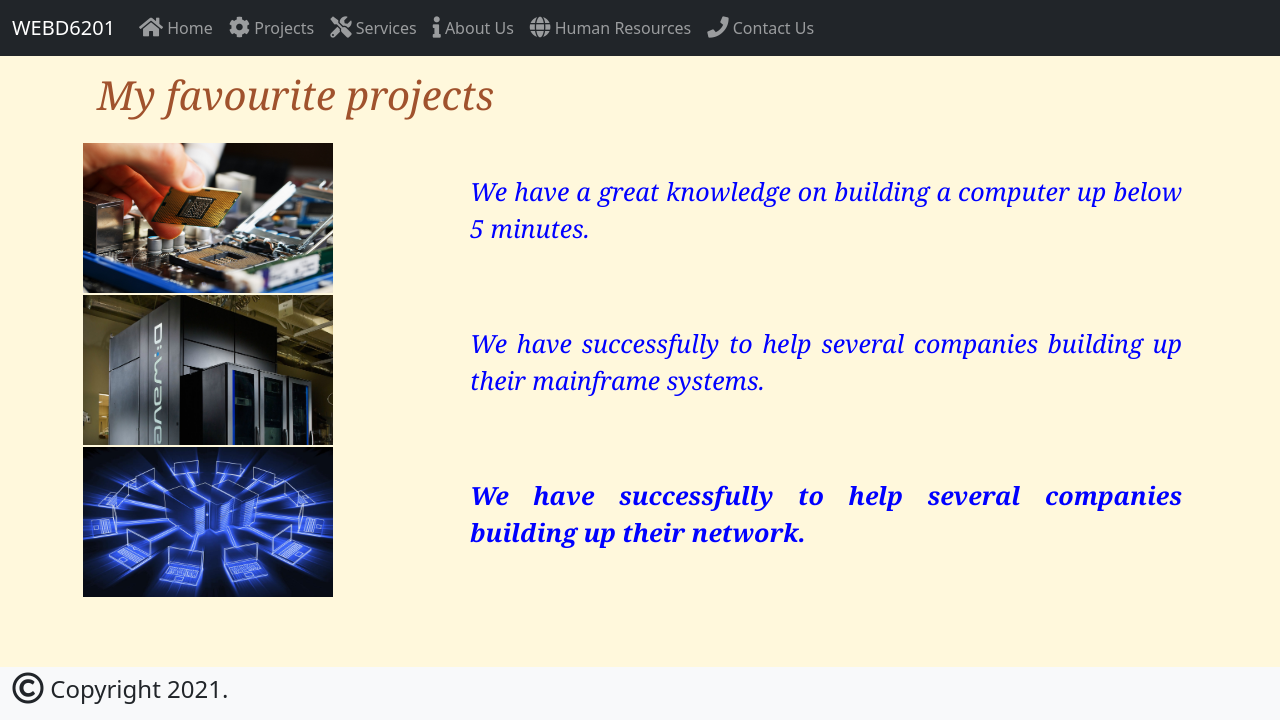
Repository: YiuWingLau/WEBD6201-W2021-Lab1
Page: projects.html
These files come from the project's save history. The page is drawn as it stood at one moment and after the next save; the edit follows.
The browser window is 1280 px wide. The pictures show the whole page.

Above is the page before, as saved 2021-02-04 21:55:55.

### projects.html
<!DOCTYPE html>
<html lang="en">
<head>
    <meta charset="UTF-8">
    <meta name="viewport" content="width=device-width, initial-scale=1.0">
    <title>Projects</title>

    <!--CSS Section -->
    <link rel="stylesheet" href="./node_modules/bootstrap/dist/css/bootstrap.min.css">
    <link rel="stylesheet" href="./node_modules/@fortawesome//fontawesome-free/css/all.min.css">
    <link rel="stylesheet" href="./Content/app.css">
</head>
<body>
    <!-- Main Header-->
    <header>
      <!-- Main Navigation-->
      <nav class="navbar navbar-expand-lg navbar-dark bg-dark">
          <div class="container-fluid">
            <a class="navbar-brand" href="index.html">WEBD6201</a>
            <button class="navbar-toggler" type="button" data-bs-toggle="collapse" data-bs-target="#navbarSupportedContent" aria-controls="navbarSupportedContent" aria-expanded="false" aria-label="Toggle navigation">
              <span class="navbar-toggler-icon"></span>
            </button>
            <div class="collapse navbar-collapse" id="navbarSupportedContent">
              <ul class="navbar-nav me-auto mb-2 mb-lg-0">

                <li id="navBarIndex" class="nav-item">
                  <a class="nav-link" aria-current="page" href="index.html"><i class="fas fa-home fa-lg"></i> Home</a>
                </li>

                <li id="navBarProjects" class="nav-item">
                  <a class="nav-link active" aria-current="page" href="products.html"><i class="fas fa-cog fa-lg"></i> Products</a>
                </li>

                <li id="navBarServices" class="nav-item">
                  <a class="nav-link" aria-current="page" href="services.html"><i class="fas fa-tools fa-lg"></i> Services</a>
                </li>

                <li id="navBarAboutUs" class="nav-item">
                  <a class="nav-link" aria-current="page" href="about.html"><i class="fas fa-info fa-lg"></i> About Us</a>
                </li>

                <li id="navBarContactUs" class="nav-item">
                  <a class="nav-link" aria-current="page" href="contact.html"><i class="fas fa-phone fa-lg"></i> Contact Us</a>
                </li>

              </ul>
            </div>
          </div>
      </nav>
    </header>
    <!-- Main Content -->
    <main class="container">
    </main>

    <!-- Main Footer -->
    <footer>
        <nav class="navbar fixed-bottom navbar-light bg-light">
            <div class="container-fluid">
              <h4><i class="far fa-copyright fa-lg"></i> Copyright 2021.</a></h4>
            </div>
        </nav>
    </footer>
    <!-- JavaScript Section -->
    <script src="./node_modules/jquery/dist/jquery.min.js"></script>
    <script src="./node_modules/bootstrap/dist/js/bootstrap.bundle.min.js"></script>
    <script src="./Scripts/app.js"></script>
</body>
</html>

### Content/app.css
h1 {
    padding: 15px;
    color: sienna;
    font-family: Cambria, Cochin, Georgia, Times, 'Times New Roman', serif;
    font-style: italic;
}

p {
    padding: 15px;
    color: blue;
    font-family:Cambria, Cochin, Georgia, Times, 'Times New Roman', serif;
    font-style: italic;
    font-size: 25px;
    text-align: justify;
}

body {
    background-color: cornsilk;
}

#homePicture {
    width: 1000px;
    height: 600px;
}

#favImage {

    width: 250px;
    height: 150px;
}

### Scripts/app.js
/* custom JavaScript goes here */

//IIFE - Immediately Invoked Function Expression
//AKA - Anonymous Self-Executing Function
//Closure - limits scope leak

"use strict";

(function()
{
    function displayHome()
    {
      // create heading element
      let homeHeading = document.createElement("h1");
      // configure the element
      homeHeading.setAttribute("id", "homeHeading");
      homeHeading.textContent = "Welcome to WEBD6201";
      // select the parent element
      let mainContent = document.getElementsByTagName("main")[0];
      // Add / Insert the element
      mainContent.appendChild(homeHeading);

      // inject the background image to the home pageinject the background image to the home page
        let myhomebackground = document.createElement("img");
        myhomebackground.setAttribute("id", "homePicture");
        myhomebackground.setAttribute("src", "./images/homepagebackground.jpg");
        myhomebackground.setAttribute("alt", "Computer Programmer");
        mainContent.appendChild(myhomebackground);

        // inject the first paragraph to the home page
        let newParagraph = document.createElement("p");
        newParagraph.setAttribute("id", "paragraphTwo");
        newParagraph.textContent = "We provide the best programming service for you...";
        mainContent.appendChild(newParagraph);
    }

    function displayAbout()
    {
        //create new element Human Resources
        let myPicture = document.createElement("img");
        myPicture.setAttribute("id", "myImage");
        myPicture.setAttribute("src", "./images/img_me.jpg");
        myPicture.setAttribute("alt", "Nelson Lau");
        myPicture.setAttribute("width", "192");
        myPicture.setAttribute("height", "108");

        // Step 1. document.createElement
        let ParagraphOne = document.createElement("p");
        // Step 2. configure the element
        ParagraphOne.setAttribute("id", "myIntroduction");
        ParagraphOne.textContent = "Here are my favourite projects.";
        // Step 3. select the parent element
        let mainContent = document.getElementsByTagName("main")[0];
        mainContent.appendChild(myPicture);
        // Step 4. Add / Insert the element
        mainContent.appendChild(ParagraphOne);
        ParagraphOne.className = "fs-lg";

    }

    function displayProjects()
    {
      // create and add heading to Projects page
      let projectHeading = document.createElement("h1");
      projectHeading.setAttribute("id", "projectHeading");
      projectHeading.textContent = " My favourite projects";
      let mainContent = document.getElementsByTagName("main")[0];
      mainContent.appendChild(projectHeading);


      // create favorite projects element div tag
      let project = document.createElement("table");
      //project.setAttribute("class", "container");
      project.setAttribute("id", "project");
      mainContent.appendChild(project);

      // create & insert 1st favorite project detail
      let projectOne = document.createElement("tr");
      //projectOne.setAttribute("class", "row");
      projectOne.setAttribute("id", "projectOne");
      projectOne.innerHTML = `<td><img id="favImage" src="./images/hardware.jpg" alt="computer hardware"></td>
                              <td class="col-8"><p> We have a great knowledge on building a computer up below 5 minutes.</p></td>`;
      project.appendChild(projectOne);

      // create & insert 2nd favorite project detail
      let projectTwo = document.createElement("tr");
      //projectTwo.setAttribute("class", "row");
      projectTwo.setAttribute("id", "projectTwo");
      projectTwo.innerHTML = `<td><img id="favImage" src="./images/mainframe.jpg" alt="mainframe development"></td>
                              <td><p> We have successfully to help several companies building up their mainframe systems.</p></td>`;
      project.appendChild(projectTwo);

      // create & insert 2nd favorite project detail
      let projectThree = document.createElement("tr");
      //projectThree.setAttribute("class", "row");
      projectThree.setAttribute("id", "projectThree");
      projectThree.innerHTML = `<th><img id="favImage" src="./images/networking.jpg" alt="computer networking"></th>
                                <th><p> We have successfully to help several companies building up their network.</p></th>`;
      project.appendChild(projectThree);
    }

    function displayHumanResources()
    {

    }

    function displayServices()
    {

        // another way of injecting content
        let paragraphDiv = document.createElement("div");
        let paragraphThree = `<p id="paragraphThree" class="fs-7 fw-bold">And this is the Third Paragraph</p>`;
        paragraphDiv.innerHTML = paragraphThree;

        // insertions

        // example of inserting before a node
        // newParagraph.before(paragraphDiv);

        // example of inserting after a node
        newParagraph.after(paragraphDiv);

        // deletions

        // example of removing a single element
        //paragraphOneElement.remove();

        // example of removeChild
       // mainContent.removeChild(paragraphOneElement);
        // update / modification
        //mainContent.firstElementChild.textContent = "Welcome Home!";
    }

    function displayContact()
    {
        let messageArea = document.getElementById("messageArea");
        messageArea.hidden = true;

        // form validation
        let fullName = document.getElementById("fullName");
        fullName.addEventListener("blur", function() {
            if(fullName.value.length < 2)
            {
                fullName.focus();
                fullName.select();
                messageArea.hidden = false;
                messageArea.className = "alert alert-danger";
                messageArea.textContent = "Please enter an appropriate Name";
            }
            else
            {
                messageArea.removeAttribute("class");
                messageArea.hidden = true;
            }
        });

        let sendButton = document.getElementById("sendButton");
        sendButton.addEventListener("click", function(event){
            //event.preventDefault();

            let contact = new Contact(fullName.value, contactNumber.value, emailAddress.value);

            if(contact.serialize())
            {
              localStorage.setItem((localStorage.length + 1).toString(), contact.serialize());
            }

        });
    }

    function displayContactList()
    {
      if (localStorage.length > 0)
      {
        let contactList = document.getElementById("contactList");

        let data = "";

        for (let index = 0; index < localStorage.length; index++)
        {
          let contactData = localStorage.getItem((index + 1).toString());

          let contact = new Contact();
          contact.deserialize(contactData);

          data += `<tr>
          <th scope="row">${index + 1}</th>
          <td>${contact.FullName}</td>
          <td>${contact.ContactNumber}</td>
          <td>${contact.EmailAddress}</td>
        </tr>`;
        }

        contactList.innerHTML = data;
      }
    }

    // function to correct the wrong link and text content in navigation bar
    function changeNavBarName()
    {
        let navName = document.getElementById("navBarProjects");
        navName.innerHTML = `<a class='nav-link' aria-current='page' href='projects.html'><i class="fas fa-cog fa-lg"></i> Projects</a>`;
    }

    // function to add Human Resource element to Nav Bar between About Us and Contact Us
    function addNewNavBarElement()
    {
        //create new element Human Resources
        let newListElement = document.createElement("li");
        newListElement.setAttribute("id", "navBarHumanResources");
        newListElement.setAttribute("class", "nav-item");
        newListElement.innerHTML = `<a class='nav-link' aria-current='page' href='Human-Resources.html'><i class="fas fa-globe fa-lg"></i> Human Resources</a>`;
        // append new element after About Us
        let aboutUsListElement = document.getElementById("navBarAboutUs");
        aboutUsListElement.after(newListElement);
    }

    function Start()
    {
        console.log("App Started...");

        changeNavBarName();

        addNewNavBarElement();

        switch (document.title)
        {
          case "Home":
              displayHome();
            break;
          case "About":
              displayAbout();
            break;
          case "Projects":
              displayProjects();
            break;
          case "Human Resources":
              displayHumanResources();
            break;
          case "Services":
              displayServices();
            break;
          case "Contact":
              displayContact();
            break;
          case "Contact-List":
            displayContactList();
          break;
        }

    }

    window.addEventListener("load", Start);

})();

Loaded but not shown: node_modules/bootstrap/dist/css/bootstrap.min.css (library); node_modules/@fortawesome/fontawesome-free/css/all.min.css (library); node_modules/jquery/dist/jquery.min.js (library); node_modules/bootstrap/dist/js/bootstrap.bundle.min.js (library)

After the next save:
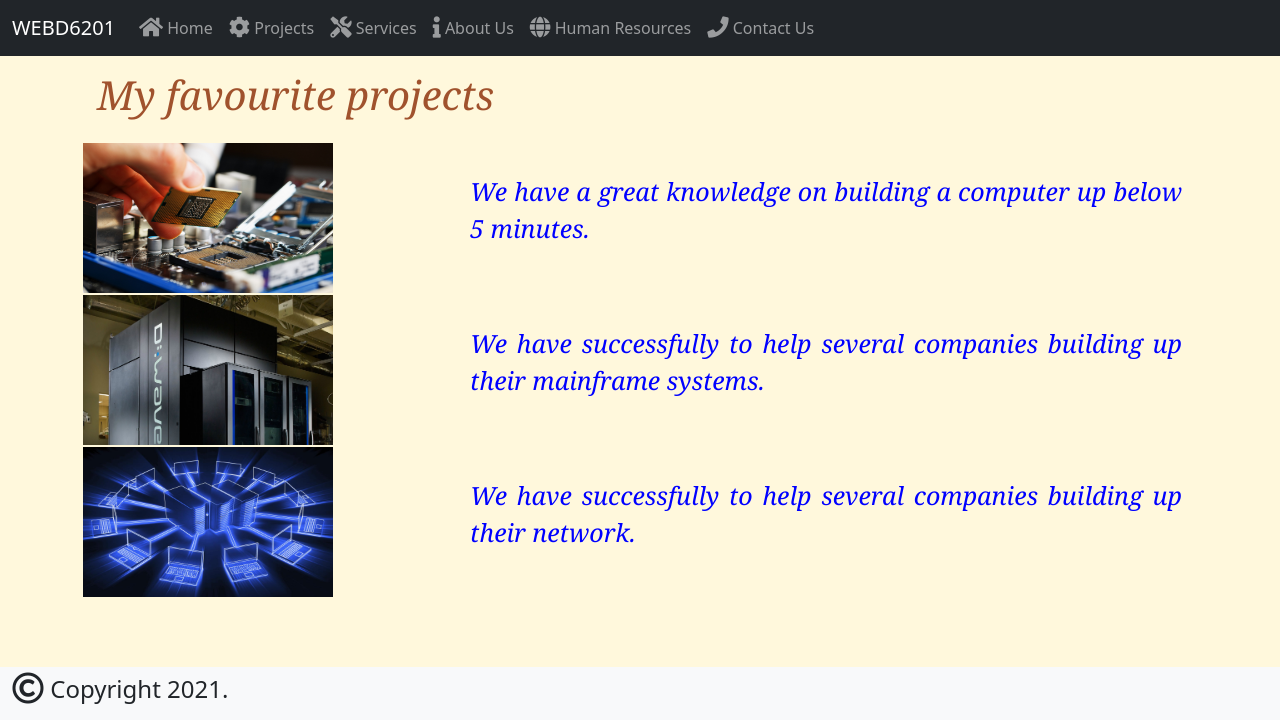
Saved 41 s later.
--- a/Scripts/app.js
+++ b/Scripts/app.js
@@ -94,8 +94,8 @@
       let projectThree = document.createElement("tr");
       //projectThree.setAttribute("class", "row");
       projectThree.setAttribute("id", "projectThree");
-      projectThree.innerHTML = `<th><img id="favImage" src="./images/networking.jpg" alt="computer networking"></th>
-                                <th><p> We have successfully to help several companies building up their network.</p></th>`;
+      projectThree.innerHTML = `<td><img id="favImage" src="./images/networking.jpg" alt="computer networking"></td>
+                                <td><p> We have successfully to help several companies building up their network.</p></td>`;
       project.appendChild(projectThree);
     }
 
